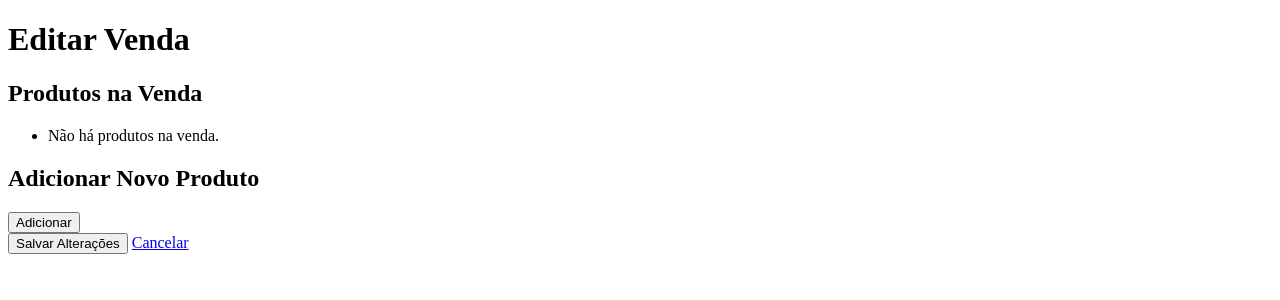
Repository: joaobatistafrontend/class-venda
Page: templates/editar_venda.html
An editor plug-in stored every save of this project. The page is shown before and after the next save, followed by the edit.
The browser window is 1280 px wide. The pictures show the whole page.
The template is drawn by Django 4.2. The application's start-up code is not run. The template is opened directly, without the code that normally fills it, so the values that code supplies are empty.

Above is the page before, as saved 2024-10-27 22:31:07.

After the next save:
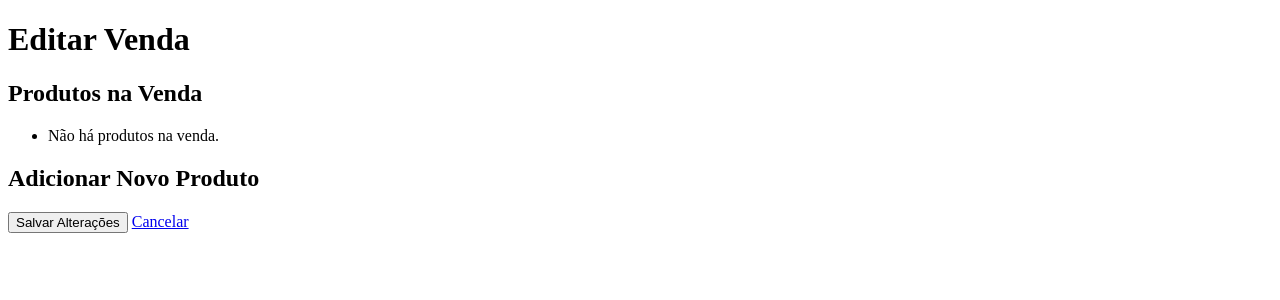
Saved 15 s later.
--- a/templates/editar_venda.html
+++ b/templates/editar_venda.html
@@ -31,9 +31,9 @@
         {% for p in todos_produtos %}
         <ul>
             <li>{{ p.nome }} {{ p.valor }}</li>
+            <button type="submit">Adicionar</button>
         </ul>
         {% endfor %}
-        <button type="submit">Adicionar</button>
     </form>
 
     <form method="post">
